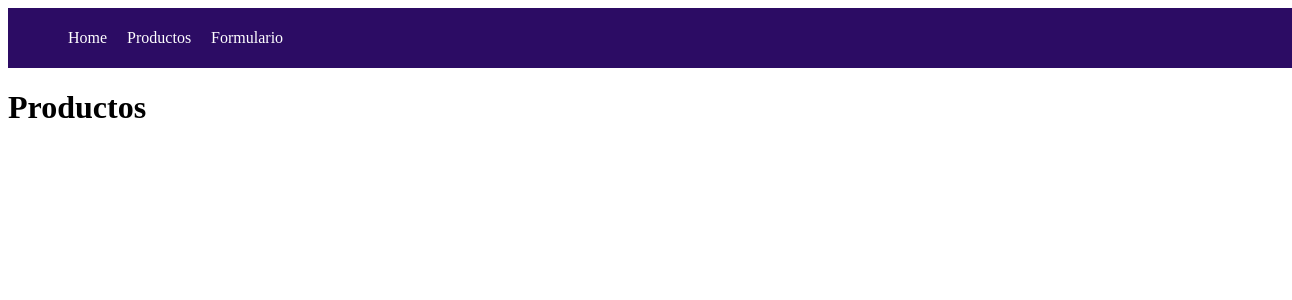
Repository: LadyJohana20/clases
Page: Clase-05-nodesass/public/pages/productos.html
The author's editor kept a copy of each file at every save. The page is drawn from the files as they stood at one save, then again after the next save.
The browser window is 1280 px wide. The page is 1292 px wide, so the pictures cover 1292 px, including what lies to the right of the window. The pictures show the whole page.

Above is the page before, as saved 2026-01-27 20:49:36.
Console error: TypeError: Cannot read properties of null (reading 'style')

After the next save:
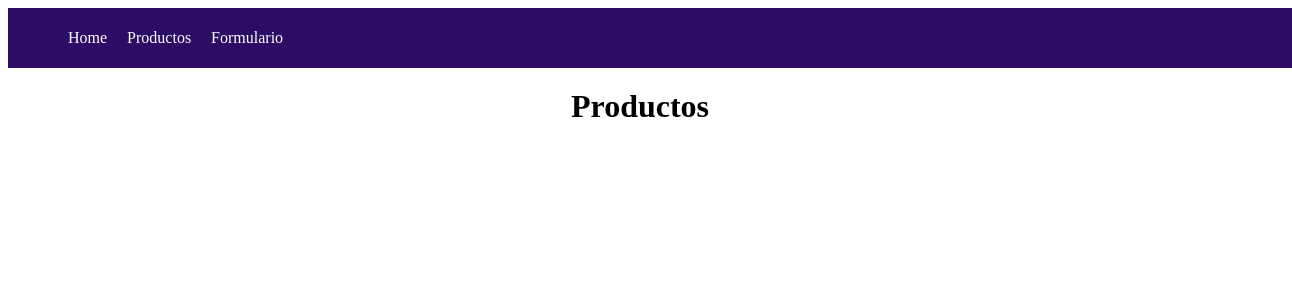
The error is gone.
Saved 43 s later.
--- a/Clase-05-nodesass/public/pages/productos.html
+++ b/Clase-05-nodesass/public/pages/productos.html
@@ -12,7 +12,7 @@
 
     </div>
 
-    <h1 class="titulo">
+    <h1 class="titulo" id="titulo">
         Productos
     </h1>
 
